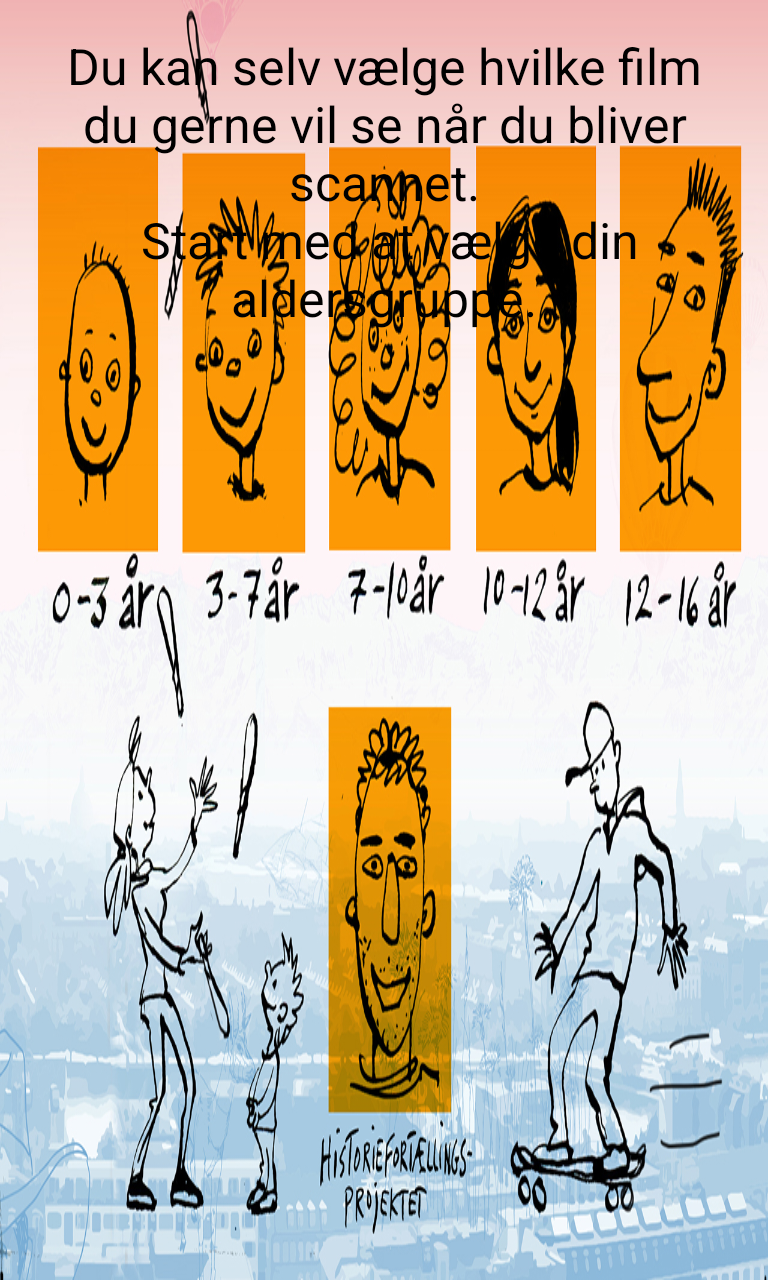
Repository: DreadMuffin/work
Layout: tablets/AgeChoiceMovies/res/layout/activity_main.xml
An editor plug-in stored every save of this project. The layout is shown before and after the next save, followed by the edit.
It is drawn on a 768 x 1280 px phone screen (xhdpi) without system bars, with theme android:Theme.NoTitleBar; the app's code is not run.

Above is the layout before, as saved 2015-02-22 10:16:56.

### tablets/AgeChoiceMovies/res/layout/activity_main.xml
<RelativeLayout xmlns:android="http://schemas.android.com/apk/res/android"
    xmlns:tools="http://schemas.android.com/tools"
    android:layout_width="match_parent"
    android:layout_height="match_parent"
    android:background="@drawable/agewp"
    android:paddingBottom="@dimen/activity_vertical_margin"
    android:paddingLeft="@dimen/activity_horizontal_margin"
    android:paddingRight="@dimen/activity_horizontal_margin"
    android:paddingTop="@dimen/activity_vertical_margin"
    tools:context=".MainActivity" >

    <TextView
        android:id="@+id/textView1"
        android:layout_width="wrap_content"
        android:layout_height="wrap_content"
        android:layout_alignParentLeft="true"
        android:layout_alignParentRight="true"
        android:layout_alignParentTop="true"
        android:gravity="center_vertical|center_horizontal"
        android:text="@string/agehead"
        android:textColor="#000000"
        android:textSize="25sp"
        android:typeface="sans" />

    <Button
        android:id="@+id/button_tre"
        style="?android:attr/buttonStyleSmall"
        android:layout_width="40d[]"
        android:layout_height="wrap_content"
        android:layout_below="@+id/textView1"
        android:adjustViewBounds="true"
        android:background="@android:color/transparent"
        android:drawableRight="@drawable/tre"
        android:gravity="center"
        android:maxWidth="200dp"
        android:scaleType="fitCenter" />

</RelativeLayout>

### tablets/AgeChoiceMovies/res/values/strings.xml
<?xml version="1.0" encoding="utf-8"?>
<resources>

    <string name="app_name">AgeChoiceMovies</string>
    <string name="action_settings">Settings</string>
    <string name="hello_world">Hello world!</string>
    <string name="agehead">Du kan selv vælge hvilke film du gerne vil se når du bliver scannet.\n
        Start med at vælge din aldersgruppe.</string>

</resources>

Loaded but not shown: tablets/AgeChoiceMovies/res/values/dimens.xml (common file)

After the next save:
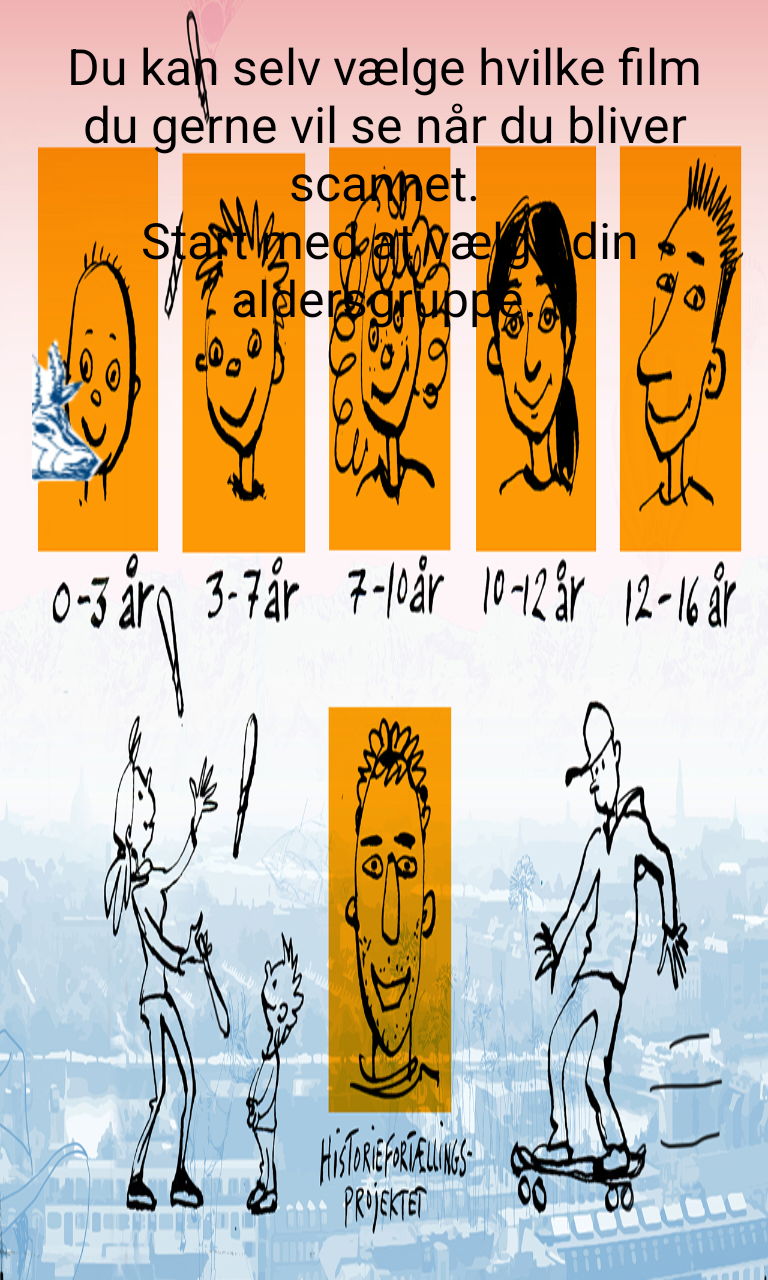
Saved 4 s later.
--- a/tablets/AgeChoiceMovies/res/layout/activity_main.xml
+++ b/tablets/AgeChoiceMovies/res/layout/activity_main.xml
@@ -25,7 +25,7 @@
     <Button
         android:id="@+id/button_tre"
         style="?android:attr/buttonStyleSmall"
-        android:layout_width="40d[]"
+        android:layout_width="40dp"
         android:layout_height="wrap_content"
         android:layout_below="@+id/textView1"
         android:adjustViewBounds="true"

After the save that followed:
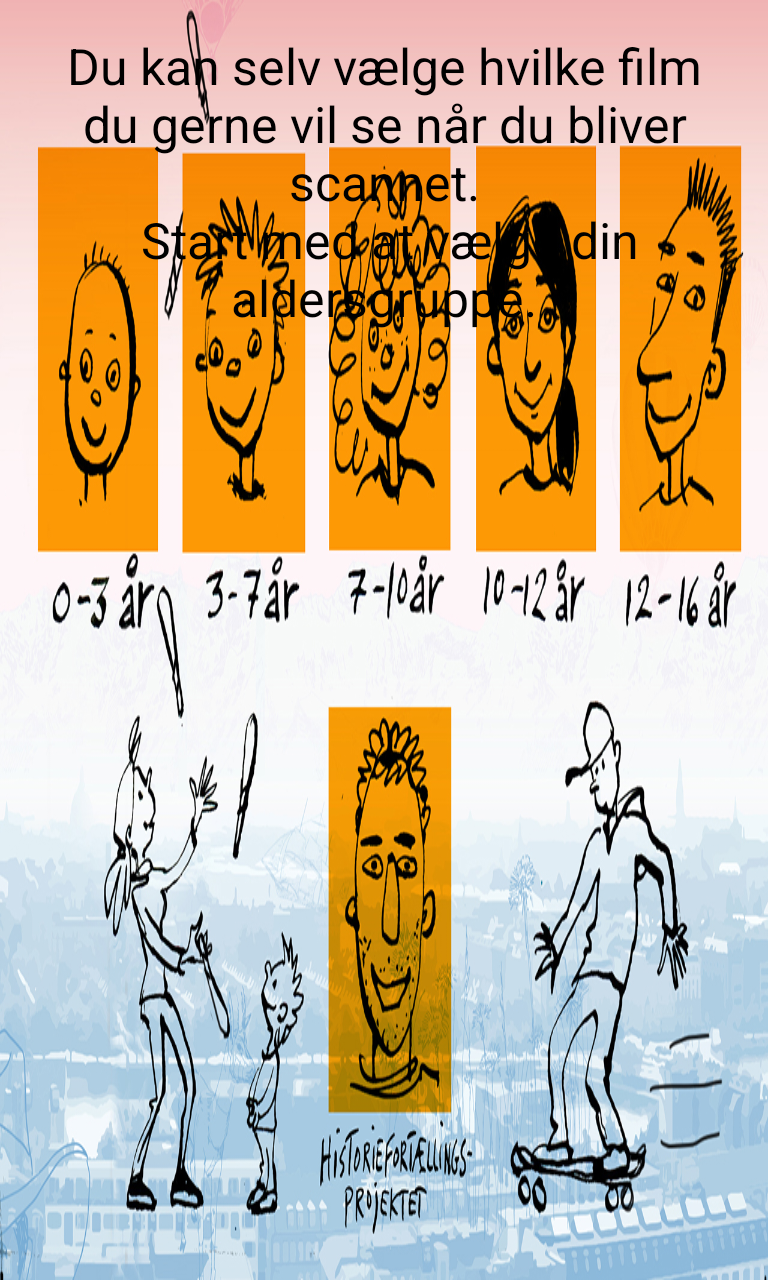
Saved 19 s later.
--- a/tablets/AgeChoiceMovies/res/layout/activity_main.xml
+++ b/tablets/AgeChoiceMovies/res/layout/activity_main.xml
@@ -30,7 +30,6 @@
         android:layout_below="@+id/textView1"
         android:adjustViewBounds="true"
         android:background="@android:color/transparent"
-        android:drawableRight="@drawable/tre"
         android:gravity="center"
         android:maxWidth="200dp"
         android:scaleType="fitCenter" />
